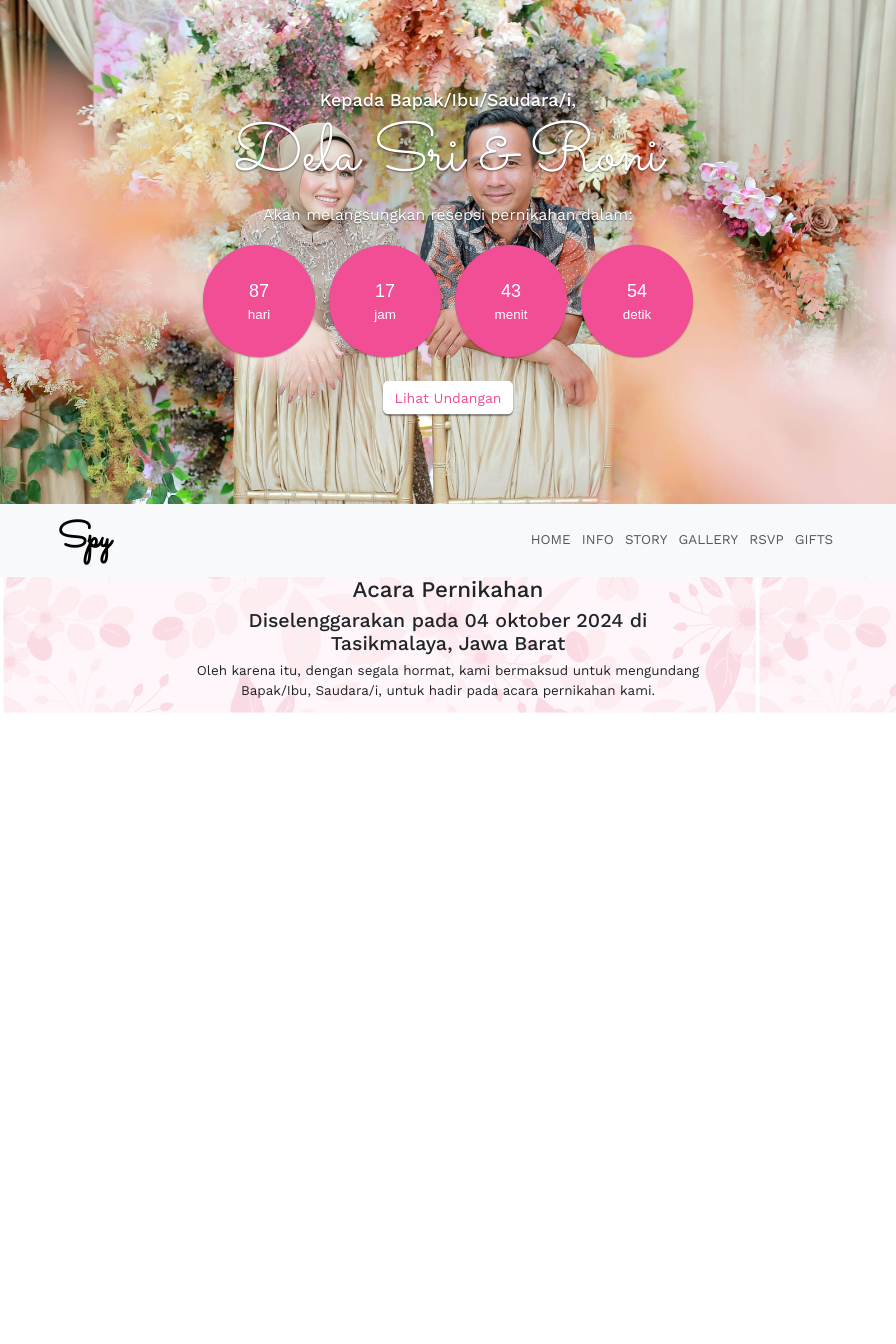
Repository: sellayspy/invitation
Page: index.html
An editor plug-in stored every save of this project. The page is shown before and after the next save, followed by the edit.
The browser window is 1280 px wide. The pictures show the part of the page from y = 0 to 1920 px (the page is 4000 px tall), at 70% of full size.

Above is the page before, as saved 2024-07-08 15:46:30.

### index.html
<!DOCTYPE html>
<html lang="en">
  <head>
    <meta charset="utf-8" />
    <meta name="viewport" content="width=device-width, initial-scale=1" />
    <title>Dela & Roni</title>
    <link
      href="https://cdn.jsdelivr.net/npm/bootstrap@5.3.3/dist/css/bootstrap.min.css"
      rel="stylesheet"
      integrity="sha384-QWTKZyjpPEjISv5WaRU9OFeRpok6YctnYmDr5pNlyT2bRjXh0JMhjY6hW+ALEwIH"
      crossorigin="anonymous"
    />
    <link rel="preconnect" href="https://fonts.googleapis.com" />
    <link rel="preconnect" href="https://fonts.gstatic.com" crossorigin />
    <link
      href="https://fonts.googleapis.com/css2?family=Sacramento&family=Work+Sans:ital,wght@0,100..900;1,100..900&display=swap"
      rel="stylesheet"
    />

    <!--Simple Coutdown-->
    <link rel="stylesheet" href="coutdown/simplyCountdown.theme.default.css" />
    <script src="coutdown/simplyCountdown.min.js"></script>

    <link rel="stylesheet" href="style.css" />
  </head>
  <body>
    <section
      id="hero"
      class="hero w-100 h-100 p-3 mx-auto text-center d-flex justify-content-center align-items-center text-white"
    >
      <main>
        <h4>Kepada Bapak/Ibu/Saudara/i,</h4>
        <h1>Dela Sri & Roni</h1>
        <p>Akan melangsungkan resepsi pernikahan dalam:</p>
        <div class="simply-countdown"></div>
        <a href="#undangan" class="btn btn-lg mt-4">Lihat Undangan</a>
      </main>
    </section>

    <nav class="navbar navbar-expand-md bg-body-tertiary sticky-top mynavbar">
      <div class="container">
        <a class="navbar-brand" href="#">Spy</a>
        <button
          class="navbar-toggler border-0"
          type="button"
          data-bs-toggle="offcanvas"
          data-bs-target="#offcanvasNavbar"
          aria-controls="offcanvasNavbar"
          aria-label="Toggle navigation"
        >
          <span class="navbar-toggler-icon"></span>
        </button>
        <div
          class="offcanvas offcanvas-end"
          tabindex="-1"
          id="offcanvasNavbar"
          aria-labelledby="offcanvasNavbarLabel"
        >
          <div class="offcanvas-header">
            <h5 class="offcanvas-title" id="offcanvasNavbarLabel">Spy</h5>
            <button
              type="button"
              class="btn-close"
              data-bs-dismiss="offcanvas"
              aria-label="Close"
            ></button>
          </div>
          <div class="offcanvas-body">
            <div class="navbar-nav ms-auto">
              <a class="nav-link" href="#home">Home</a>
              <a class="nav-link" href="#info">Info</a>
              <a class="nav-link" href="#story">Story</a>
              <a class="nav-link" href="#gallery">Gallery</a>
              <a class="nav-link" href="#rsvp">RSVP</a>
              <a class="nav-link" href="#gift">Gifts</a>
            </div>
          </div>
        </div>
      </div>
    </nav>

    <section id="home" class="home">
      <div class="container">
        <div class="row justify-content-center">
          <div class="col-md-8 text-center">
            <h2>Acara Pernikahan</h2>
            <h3>
              Diselenggarakan pada 04 oktober 2024 di Tasikmalaya, Jawa Barat
            </h3>
            <p>
              Oleh karena itu, dengan segala hormat, kami bermaksud untuk
              mengundang Bapak/Ibu, Saudara/i, untuk hadir pada acara pernikahan
              kami.
            </p>
          </div>
        </div>
      </div>
    </section>

    <script
      src="https://cdn.jsdelivr.net/npm/bootstrap@5.3.3/dist/js/bootstrap.bundle.min.js"
      integrity="sha384-YvpcrYf0tY3lHB60NNkmXc5s9fDVZLESaAA55NDzOxhy9GkcIdslK1eN7N6jIeHz"
      crossorigin="anonymous"
    ></script>

    <script>
      simplyCountdown(".simply-countdown", {
        year: 2024, // required
        month: 10, // required
        day: 4, // required
        hours: 8, // Default is 0 [0-23] integer
        words: {
          //words displayed into the countdown
          days: { singular: "hari", plural: "hari" },
          hours: { singular: "jam", plural: "jam" },
          minutes: { singular: "menit", plural: "menit" },
          seconds: { singular: "detik", plural: "detik" },
        },
      });
    </script>
  </body>
</html>

### coutdown/simplyCountdown.theme.default.css
.simply-countdown {
  overflow: hidden;
  display: table;
  font-family: "Arial", sans-serif;
  margin: auto;
}
.simply-countdown > .simply-section {
  width: 50px;
  height: 50px;
  padding: 80px;
  display: flex;
  align-items: center;
  justify-content: center;
  float: left;
  margin: 10px;
  background: var(--pink);
  box-shadow: 0 1px 3px rgba(0, 0, 0, 0.12), 0 1px 2px rgba(0, 0, 0, 0.24);
  border-radius: 50%;
}
.simply-countdown > .simply-section .simply-amount,
.simply-countdown > .simply-section .simply-word {
  display: block;
  text-align: center;
}
.simply-countdown > .simply-section .simply-amount {
  font-size: 1.6rem;
}

### style.css
:root {
  --pink: #f14e95;

  --bg: #0a0a0a;

  --shadow: 0 2px 2px rgb(0 0 0/ 0.5);
}

body {
  font-size: 1.2rem;
  font-family: "Work Sans", sans-serif;
  min-height: 4000px;
}

.hero::before {
  content: "";
  position: absolute;
  top: 0;
  left: 0;
  height: 100%;
  width: 100%;
  background-image: url(img/gambar-1.jpg);
  background-size: cover;
  background-position: center;
  z-index: -1;
  filter: blur(1px);
}

.hero {
  position: relative;
  min-height: 100vh;
}

.hero h1,
.hero h4,
.hero p {
  text-shadow: var(--shadow);
}

.hero h1 {
  font-family: "Sacramento", cursive;
  font-size: 6rem;
}

.hero h4 {
  font-size: 1.6rem;
}

.hero p {
  font-size: 1.4rem;
}

.hero a {
  color: var(--pink);

  background-color: white;

  box-shadow: var(--shadow);
}

.hero a:hover {
  background-color: var(--pink);
  color: white;
}

.mynavbar {
}

.mynavbar .navbar-brand,
.mynavbar .offcanvas-title {
  font-family: "Sacramento", cursive;
  font-size: 3.2rem;
  font-weight: bold;
}

.mynavbar .nav-link {
  text-transform: uppercase;
}

.home {
  background-image: url(img/Desain\ tanpa\ judul.png);
}

/* Media Query */

/* Laptop */
@media (max-width: 992px) {
  html {
    font-size: 75%;
  }
  .simply-countdown > .simply-section {
    padding: 70px;
  }
}

/* Tablet */
@media (max-width: 768px) {
  html {
    font-size: 65%;
  }
  .simply-countdown > .simply-section {
    padding: 60px;
    margin: 5px;
  }

  .mynavbar .nav-link {
    font-size: 2rem;
    text-align: center;
  }
}

/* mobile phone */
@media (max-width: 576px) {
  html {
    font-size: 55%;
  }
  .simply-countdown > .simply-section {
    padding: 45px;
    margin: 3px;
  }
}

Loaded but not shown: coutdown/simplyCountdown.min.js (library)

After the next save:
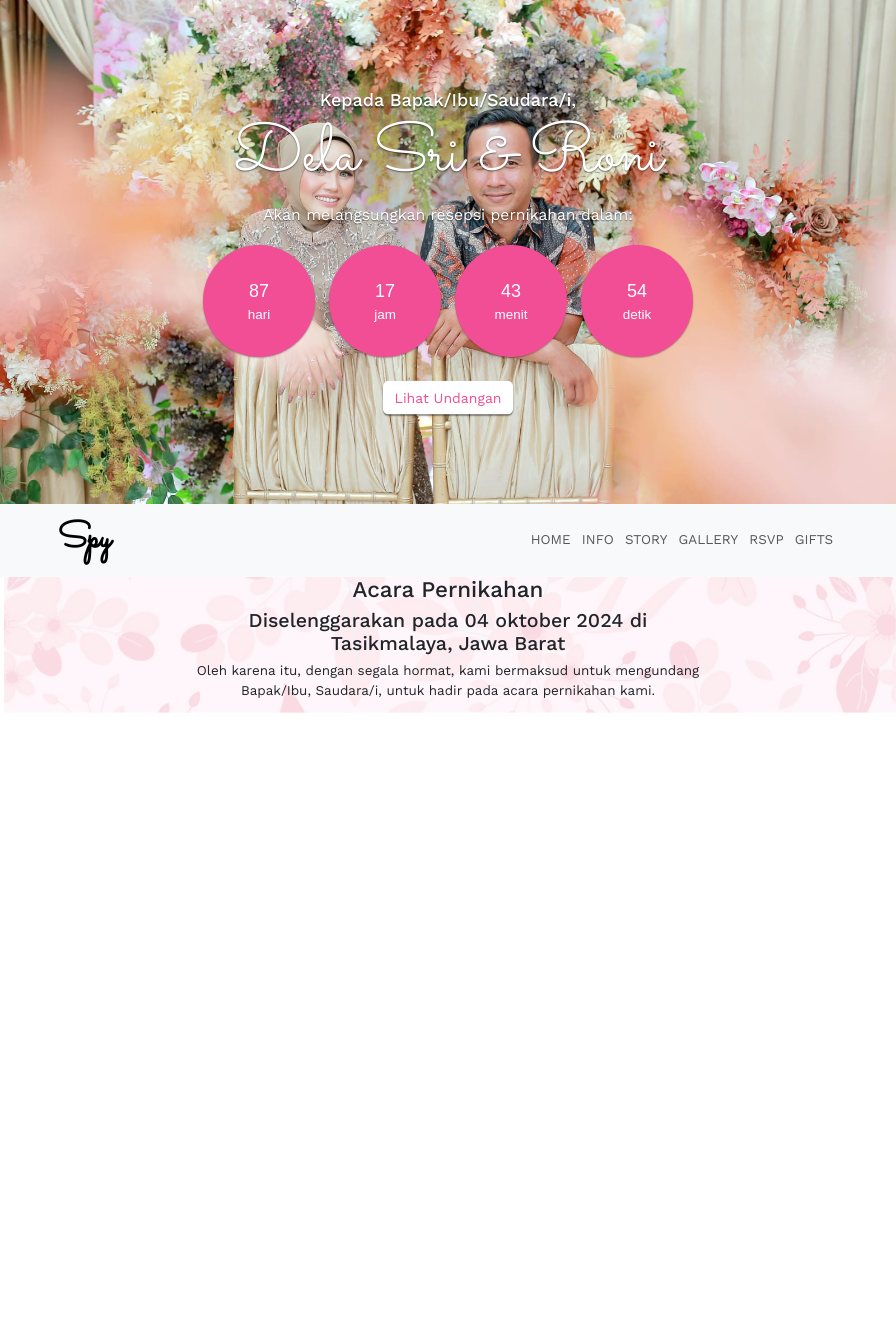
Saved 48 s later.
--- a/style.css
+++ b/style.css
@@ -79,6 +79,8 @@ body {
 
 .home {
   background-image: url(img/Desain\ tanpa\ judul.png);
+  background-size: cover;
+  min-height: ;
 }
 
 /* Media Query */
